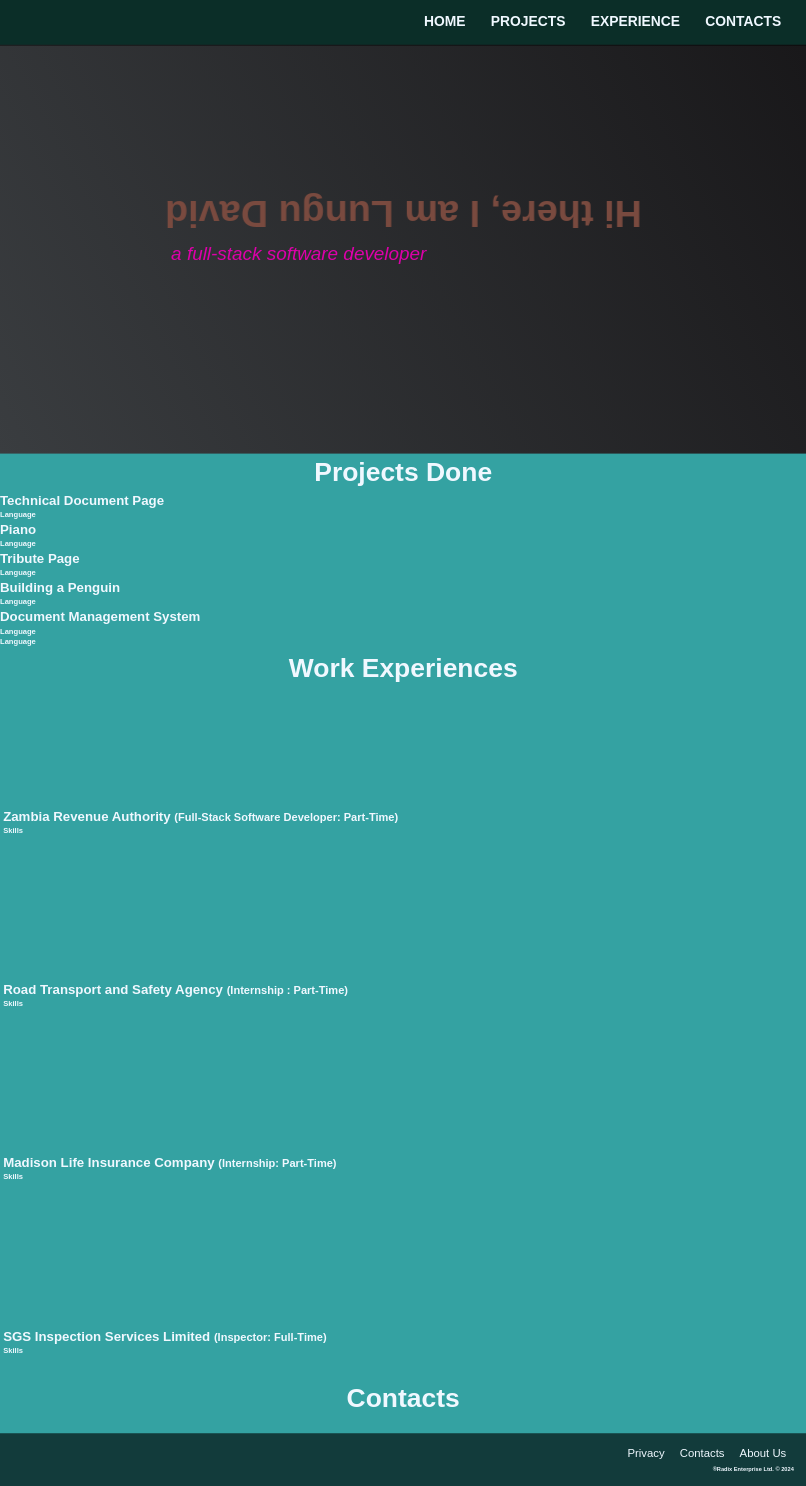
Repository: Lungdjos/personal_portifolio
Page: html/index.html
These files come from the project's save history. The page is drawn as it stood at one moment and after the next save; the edit follows.
The browser window is 1280 px wide. The pictures show the whole page, at 63% of full size.

Above is the page before, as saved 2024-02-02 01:25:10.

After the next save:
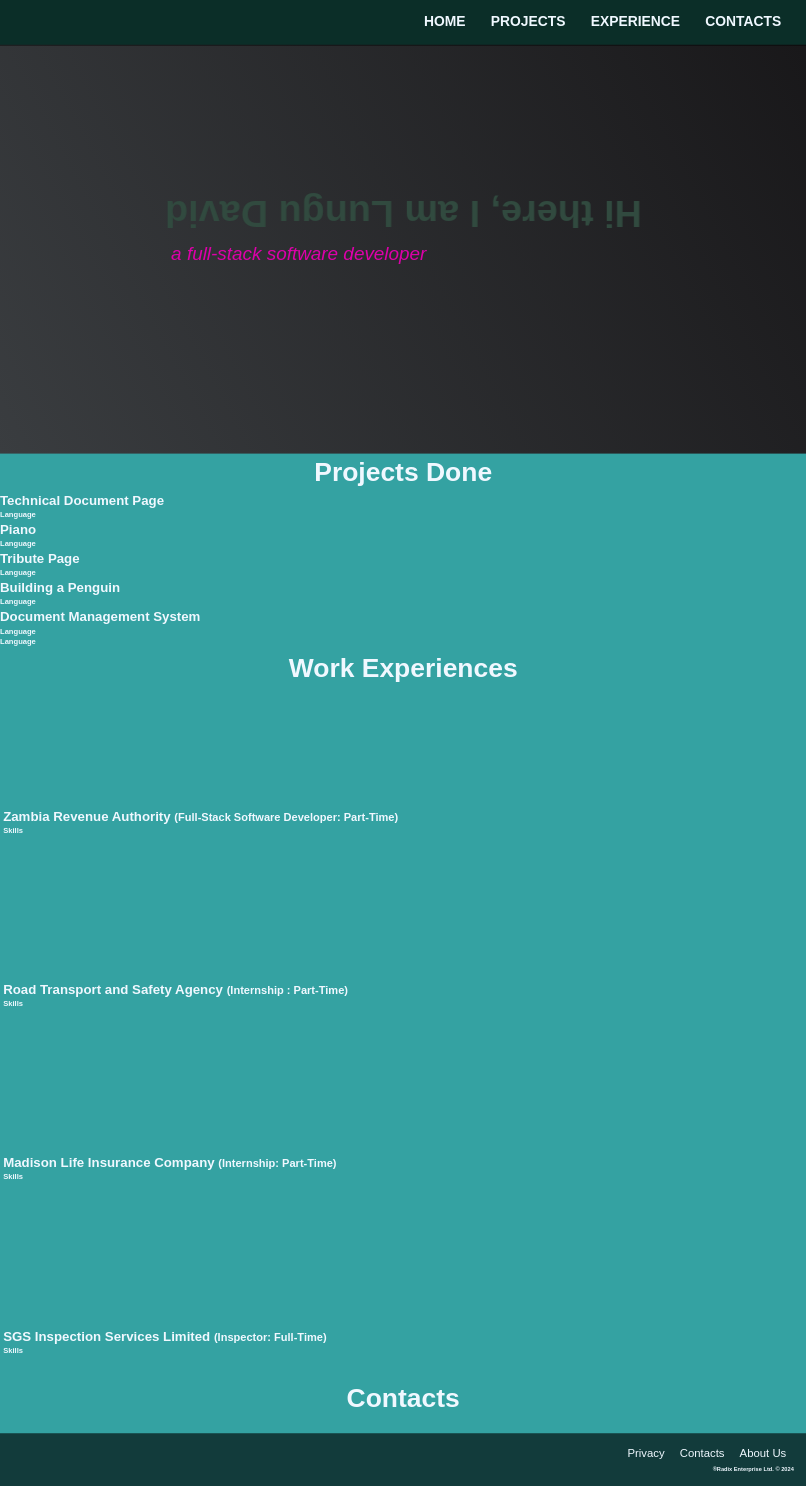
Saved 13 s later.
--- a/css/styles.css
+++ b/css/styles.css
@@ -219,7 +219,7 @@ footer>span {
     }
     50% {
         transform: rotate(360deg);
-        color: #be604a;
+        color: #2e604a;
         /* Change to the desired color */
     }
     100% {
